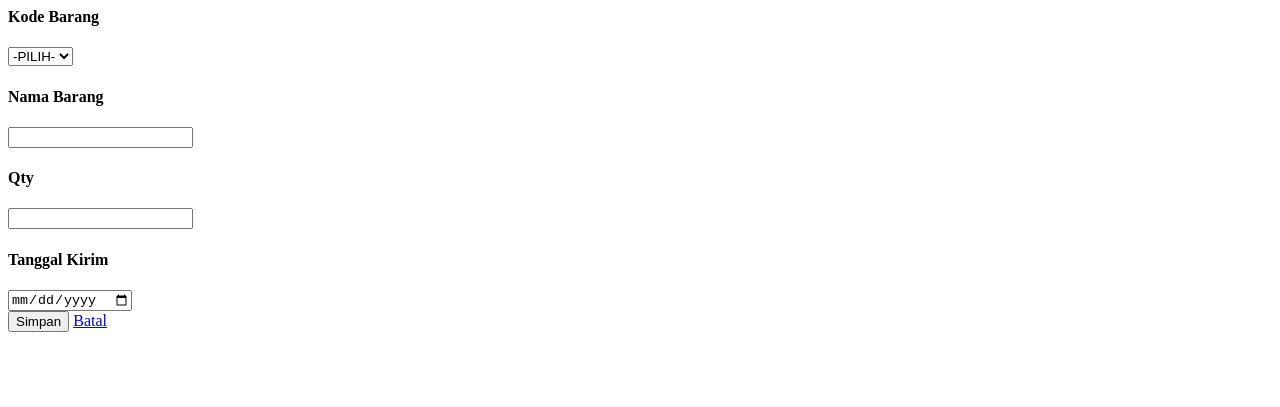
Repository: muhammadzainiy31/skripsi
Page: http://localhost/surat/beli.php
An editor plug-in stored every save of this project. The page is shown before and after the next save, followed by the edit.
The browser window is 1280 px wide. The pictures show the whole page.
The page is run by PHP 8.4 with error messages shown; the project is at /var/www/html/. Other server files are loaded and not shown. The database holds what the project's SQL file puts in it.

Above is the page before, as saved 2023-07-02 10:21:50.

### surat/beli.php


<form method="POST" action="" enctype="multipart/form-data">
    <div class="form-group">
        <h4><label for="kode_brg">Kode Barang</label></h4>
        <select name="kode_brg" id="kode_brg" class="form-control" required>
            <option value="">-PILIH-</option>
            <?php
            include "../koneksi.php";
            $ambilData = mysqli_query($conn, "SELECT * FROM tb_barang") or die(mysqli_error($conn));
            while ($hasil = mysqli_fetch_array($ambilData)) {
                echo '<option value="' . $hasil['kode_brg'] . '">' . $hasil['kode_brg'] . '</option>';
            }
            ?>
        </select>
    </div>

    <div class="form-group">
        <h4><label for="nm_brng">Nama Barang</label></h4>
        <input type="text" class="form-control input-default" name="nm_brng" id="nm_brng" readonly>
    </div>

    <script>
        // Fungsi untuk melakukan autofill pada nm_brng
        function autofillBrg() {
            var kode_brg = document.getElementById("kode_brg").value;
            <?php
            $ambilData = mysqli_query($conn, "SELECT * FROM tb_barang") or die(mysqli_error($conn));
            while ($hasil = mysqli_fetch_array($ambilData)) {
                echo "if (kode_brg === '" . $hasil['kode_brg'] . "') {";
                echo "document.getElementById('nm_brng').value = '" . $hasil['nama_brg'] . "';";
                echo "}";
            }
            ?>
        }

        // Panggil fungsi autofill saat combo box berubah
        document.getElementById("kode_brg").addEventListener("change", autofillBrg);
    </script>

    <div class="form-group">
        <h4><label for="qty">Qty</label></h4>
        <input type="number" class="form-control input-default" name="qty" id="qty" min="1" required>
    </div>

    <div class="form-group">
        <h4><label for="tanggal_kirim">Tanggal Kirim</label></h4>
        <input type="date" class="form-control input-default" name="tanggal_kirim" placeholder="Masukkan Tanggal Kirim">
    </div>

    <div class="mt-4"></div>
    <button class="btn btn-primary mr-2" name="simpan_kedua">Simpan</button>
    <a href="index.php" class="btn btn-danger">Batal</a>
</form>

### koneksi.php
<?php
$conn = mysqli_connect ("localhost", "root","","db_report_delivery_order");
date_default_timezone_set("Asia/Singapore");

### db_report_delivery_order.sql (the tables this page reads)
CREATE TABLE `tb_barang` (
  `kode_brg` int(11) NOT NULL,
  `nama_brg` varchar(100) NOT NULL,
  `departemen` enum('KAMAR TIDUR','DAPUR DAN RUANG MAKAN','RUANG TAMU','RUANG KERJA','') NOT NULL,
  `restok` int(11) NOT NULL,
  `jumlah_brg` varchar(200) NOT NULL
) ENGINE=InnoDB DEFAULT CHARSET=utf8mb4 COLLATE=utf8mb4_general_ci;

INSERT INTO `tb_barang` (`kode_brg`, `nama_brg`, `departemen`, `restok`, `jumlah_brg`) VALUES
(114, 'Barang 1', 'KAMAR TIDUR', 10, '50'),
(115, 'Barang 2', 'RUANG TAMU', 5, '20'),
(116, 'Barang 3', 'DAPUR DAN RUANG MAKAN', 15, '10'),
(117, 'Barang 4', 'RUANG TAMU', 8, '5'),
(118, 'Barang 5', 'RUANG KERJA', 12, '100'),
(119, 'Barang 6', 'RUANG TAMU', 3, '10'),
(120, 'Barang 7', 'DAPUR DAN RUANG MAKAN', 20, '160'),
(121, 'Barang 8', 'KAMAR TIDUR', 7, '25'),
(122, 'Barang 9', 'DAPUR DAN RUANG MAKAN', 9, '40'),
(123, 'Barang 10', 'DAPUR DAN RUANG MAKAN', 6, '18'),
(128, 'ada', 'DAPUR DAN RUANG MAKAN', 5, '');

ALTER TABLE `tb_barang`
  ADD PRIMARY KEY (`kode_brg`);

ALTER TABLE `tb_barang`
  MODIFY `kode_brg` int(11) NOT NULL AUTO_INCREMENT, AUTO_INCREMENT=129;

### theme-footer.php
<!-- **********************************
Footer start
*********************************** -->
<footer class="footer">
    <div class="copyright">
        <p>&copy; 2023 Muhammad Zaini | SKRIPSI</p>
    </div>
</footer>
<!-- **********************************
Footer end
*********************************** -->

Loaded but not shown: js/custom.min.js (library); js/deznav-init.js (common file)

After the next save:
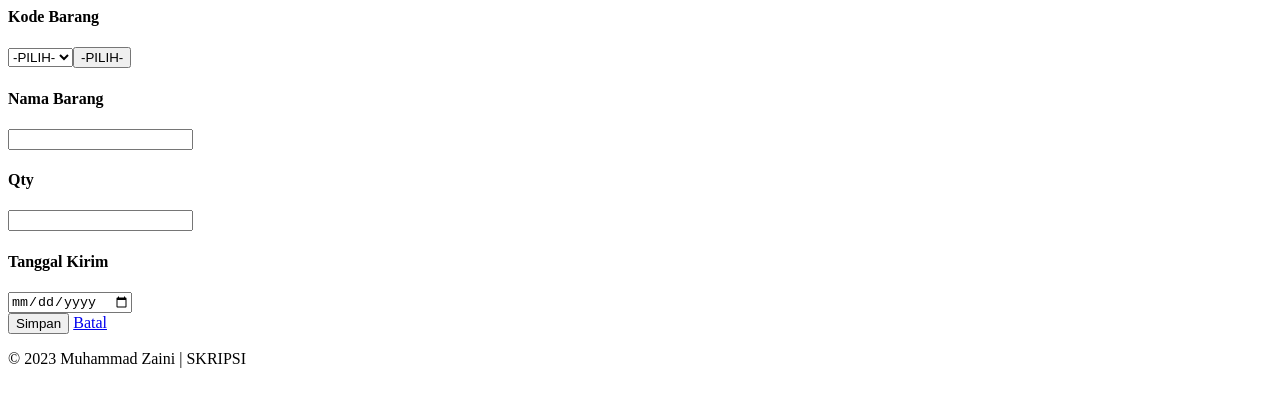
Console error (its wording comes from the project's code and is left out).
Saved 28 s later.
--- a/surat/beli.php
+++ b/surat/beli.php
@@ -52,3 +52,42 @@
     <button class="btn btn-primary mr-2" name="simpan_kedua">Simpan</button>
     <a href="index.php" class="btn btn-danger">Batal</a>
 </form>
+
+</div>
+                            </div>
+                        </div>
+                    </div>
+                </div>
+            </div>
+        </div>
+        <!-- Content body end -->
+
+        <?php include "../theme-footer.php"; ?>
+    </div>
+    <!-- Main wrapper end -->
+
+    <!-- Scripts -->
+    <!-- Required vendors -->
+    <script src="../vendor/global/global.min.js"></script>
+    <script src="../vendor/bootstrap-select/dist/js/bootstrap-select.min.js"></script>
+    <script src="../js/custom.min.js"></script>
+    <script src="../js/deznav-init.js"></script>
+</body>
+
+</html>
+
+<?php
+include "../koneksi.php";
+if (isset($_POST['simpan'])) {
+    $nm_cust = $_POST['nm_cust'];
+    $no_telpon = $_POST['no_telpon'];
+    $alamat_cust = $_POST['alamat_cust'];
+    $kelurahan = $_POST['kelurahan'];
+    $rute = $_POST['rute'];
+    $input = "INSERT INTO tb_surat (nm_cust, no_telpon, alamat_cust, kelurahan, rute) VALUES ('$nm_cust', '$no_telpon', '$alamat_cust', '$kelurahan', '$rute')";
+    mysqli_query($conn, $input) or die(mysqli_error($conn));
+
+    echo "<div align='center'><h5> Silahkan Tunggu, Data Sedang Disimpan....</h5></div>";
+    echo "<meta http-equiv='refresh' content='1;url=http://localhost/RDO/surat/index.php'>";
+}
+?>
